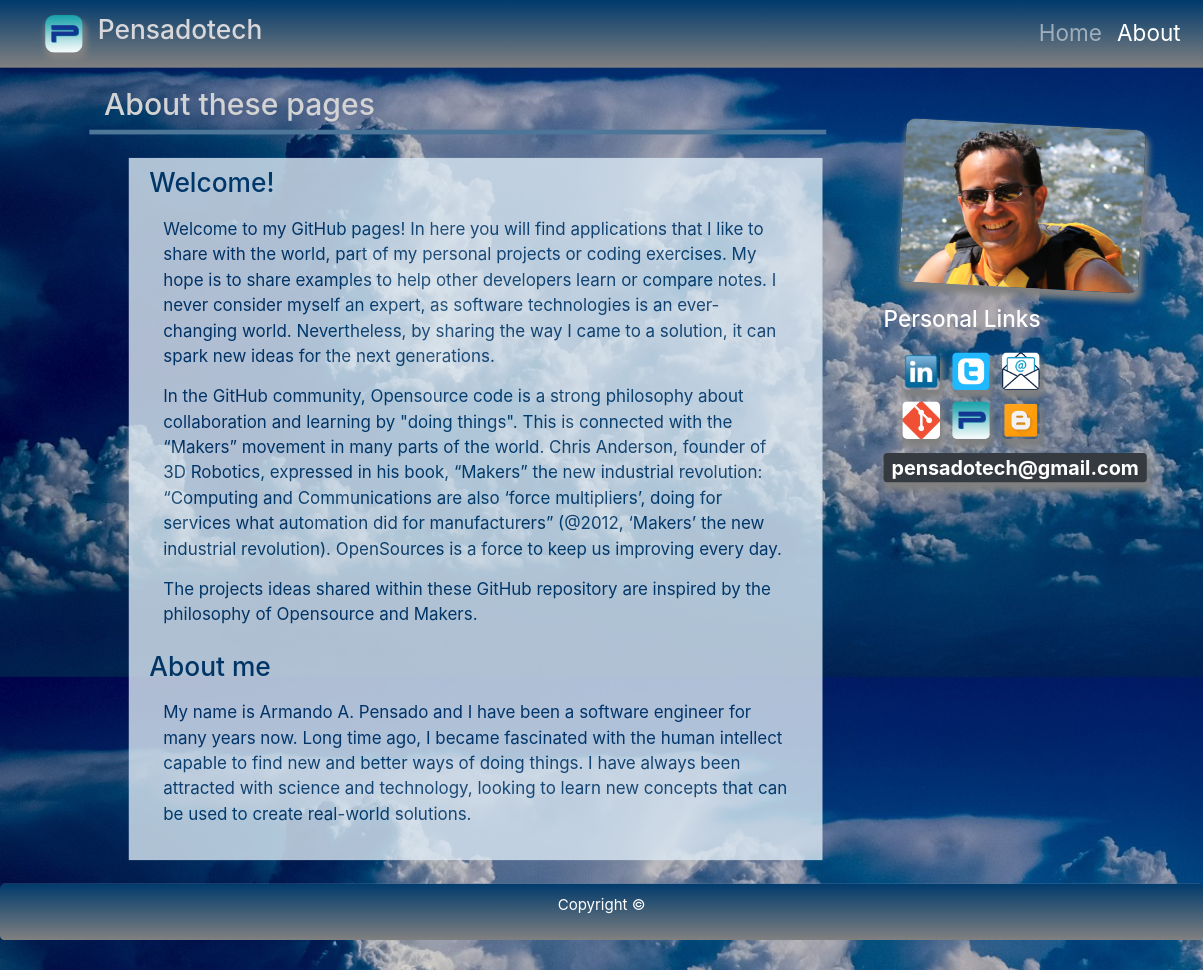
Repository: pensadotech/pensadotech.github.io
Page: about.html
These files come from the project's save history. The page is drawn as it stood at one moment and after the next save; the edit follows.
The browser window is 1280 px wide. The pictures show the whole page, at 94% of full size.
Backgrounds fixed to the window are drawn as part of the page.

Above is the page before, as saved 2022-10-08 09:58:43.

### about.html
<!DOCTYPE html>
<html lang="en">

<head>
  <meta charset="UTF-8">
  <meta name="viewport" content="width=<device-width>, initial-scale=1.0">
  <meta http-equiv="X-UA-Compatible" content="ie=edge">
  <title>About</title>
  <link rel="icon" href="./assets/images/pensadotech.ico">

  <!-- Styles  -->
  <link rel="stylesheet" href="./assets/styles/reset.css">
  <link href='https://stackpath.bootstrapcdn.com/bootstrap/4.1.1/css/bootstrap.min.css' rel='stylesheet'
    integrity='sha384-WskhaSGFgHYWDcbwN70/dfYBj47jz9qbsMId/iRN3ewGhXQFZCSftd1LZCfmhktB' crossorigin='anonymous'>
  <link rel="stylesheet" href="./assets/styles/ptech.css" class="css">
</head>

<body>

  <header class="header">
    <!-- Navigation var on top -->
    <nav class="navbar navbar-expand-sm navbar-dark gradBlue">
      <!-- Brand -->
      <a class="navbar-brand">
        <a class="nav-link d-inline" href="./index.html">
          <img src="./assets/images/P2.gif" alt="Logo" class="brandLogo imgRnd10 imageShadow">
        </a>
        <h3 class="d-inline align-baseline brandName">
          Pensadotech
        </h3>
      </a>
      <!-- Button for small devices -->
      <button class="navbar-toggler" type="button" data-toggle="collapse" data-target="#collapsibleNavbar">
        <span class="navbar-toggler-icon"></span>
      </button>
      <!-- Menu-Link options -->
      <div class="collapse navbar-collapse" id="collapsibleNavbar">
        <!-- Menu left aligned (ml-auto) ref: https://stackoverflow.com/questions/41513463/bootstrap-4-align-navbar-items-to-the-right -->
        <ul class="navbar-nav ml-auto">
          <li class="nav-item ml-auto ">
            <a class="nav-link" href="./index.html">Home</a>
          </li>
          <li class="nav-item ml-auto active">
            <a class="nav-link" href="./about.html">About</a>
          </li>
        </ul>
      </div>
    </nav>
  </header>
  <!-- header end -->

  <section class="section">
    <div class="container">

      <!-- Main row -->
      <div class="row">

        <!-- column 1 -->
        <div class="col-sm-9">

          <div class="row">
            <div class="col-sm-12 topSubtitle">
              <h2>About these pages</h2>
            </div>
          </div>
          <div class="row">
            <div class="col-sm-12">
              <div class="divider"> </div>
            </div>
          </div>

          <div class="d-flex p-2">
            <div class="row d-flex justify-content-center">
              <div class="contentEnvelop">

                <h3 class="sectionHeader">Welcome! </h3>
                <p class="sectionContent">
                  Welcome to my GitHub pages! In here you will find applications that I like to share with the world,
                  part of my personal projects or coding exercises.
                  My hope is to share examples to help other developers learn or
                  compare notes. I never consider myself an expert, as software technologies is an ever-changing world.
                  Nevertheless, by sharing the way I came to a solution, it can spark new ideas for the next
                  generations.
                </p>
                <p class="sectionContent">
                  In the GitHub community, Opensource code is a strong philosophy about collaboration and learning by
                  "doing things". This is connected with the “Makers” movement in many parts of the world. Chris
                  Anderson, founder of 3D Robotics, expressed in his book, “Makers” the new industrial revolution:
                  “Computing and Communications are also ‘force multipliers’, doing for services what automation did
                  for manufacturers” (@2012, ‘Makers’ the new industrial revolution). OpenSources is a force to keep
                  us improving every day.
                </p>
                <p class="sectionContent">
                  The projects ideas shared within these GitHub repository are inspired by the philosophy of
                  Opensource and Makers.
                </p>

                <h3 class="sectionHeader">About me </h3>
                <p class="sectionContent">
                  My name is Armando A. Pensado and I have been a software engineer for many years now. Long time ago, I
                  became fascinated with the human intellect capable to find new and better ways of doing things. I have
                  always been attracted with science and technology, looking to learn new concepts that can be used to
                  create real-world solutions.
                </p>

              </div>
            </div>
          </div>
        </div>
        <!-- column 1 end -->

        <!-- column 2 -->
        <div class="col-sm-3">
          <!-- <h6>About</h6> -->
          <div class="personalImageHolder">
            <img class="img-fluid personalImage imgRnd10 imageShadow imageRotate" src="./assets/images/pensado2016.jpg"
              alt="Armando A. Pensado">
          </div>


          <h4 class="personalHeader">Personal Links</h4>

          <div class="perLinkGroup">
            <!-- First group -->
            <div class="d-flex flex-nowrap perLinkFstRow">
              <div class="p-2 perLinkImgHolder">
                <a class="nav-link active" href="https://www.linkedin.com/in/armandopensado/" target="_blank"
                  title="go to linkedIn">
                  <img class="perLinkImg imgRnd5 imageShadow" src="./assets/images/linkedin.png" alt="linkeIn">
                </a>
              </div>
              <div class="p-2 perLinkImgHolder">
                <a class="nav-link active" href="https://twitter.com/pensadotech" target="_blank" title="go to Twitter">
                  <img class="perLinkImg imgRnd5 imageShadow" src="./assets/images/Twitter.png" alt="Twitter">
                </a>
              </div>
              <div class="p-2 perLinkImgHolder">
                <a class="nav-link active" href="mailto:pensadotech@gmail.com?Subject=Hello%20I%20have%20a%20request" target="_top"
                  title="send email">
                  <img class="perLinkImg imgRnd5 imageShadow" src="./assets/images/email.png" alt="Twitter">
                </a>
              </div>
            </div>
            <!-- Second group -->
            <div class="d-flex flex-nowrap">
              <div class="p-2 perLinkImgHolder">
                <a class="nav-link active" href="https://github.com/pensadotech" target="_blank" title="go to GitHub">
                  <img class="perLinkImg imgRnd5 imageShadow" src="./assets/images/git.png" alt="gitHub">
                </a>
              </div>
              <div class="p-2 perLinkImgHolder">
                <a class="nav-link active" href="http://www.pensadotech.com/" target="_blank" title="go to website">
                  <img class="perLinkImg imgRnd5 imageShadow" src="./assets/images/P2.gif" alt="pensadoTech">
                </a>
              </div>
              <div class="p-2 perLinkImgHolder">
                <a class="nav-link active" href="http://pensadotech.blogspot.com/" target="_blank" title="go to blog">
                  <img class="perLinkImg imgRnd5 imageShadow" src="./assets/images/blog.png" alt="blogg">
                </a>
              </div>
            </div>
          </div>
          <!-- perLinkGroup -->

          <h3 class="contactLinks">
            <span class="badge badge-dark imageShadow">pensadotech@gmail.com</span>
          </h3>

        </div>
        <!-- column 2 end -->

      </div>
      <!-- main row end -->

    </div>
    <!-- container end -->
  </section>
  <!-- section end -->

  <footer class="footer jumbotron text-center gradBlue">
    <p>Copyright &copy;</p>
  </footer>


  <!-- Scripts ............................. -->
  <script src="https://code.jquery.com/jquery-3.3.1.slim.min.js"
    integrity="sha384-q8i/X+965DzO0rT7abK41JStQIAqVgRVzpbzo5smXKp4YfRvH+8abtTE1Pi6jizo" crossorigin="anonymous">
  </script>
  <script src="https://cdnjs.cloudflare.com/ajax/libs/popper.js/1.14.3/umd/popper.min.js"
    integrity="sha384-ZMP7rVo3mIykV+2+9J3UJ46jBk0WLaUAdn689aCwoqbBJiSnjAK/l8WvCWPIPm49" crossorigin="anonymous">
  </script>
  <script src="https://stackpath.bootstrapcdn.com/bootstrap/4.1.3/js/bootstrap.min.js"
    integrity="sha384-ChfqqxuZUCnJSK3+MXmPNIyE6ZbWh2IMqE241rYiqJxyMiZ6OW/JmZQ5stwEULTy" crossorigin="anonymous">
  </script>

</body>

</html>

### assets/styles/ptech.css
body {
    /* Remove margins and padding around content */
    margin: 0;
    padding: 0;
    /* Fix background during scrolling */
    background-attachment: fixed;
    /* Use scalable background image (cross borwser) */
    background-image: url("../images/Background.jpg");
    background-position: center center;
    background-attachment: fixed;
    -webkit-background-size: cover;
    -moz-background-size: cover;
    -o-background-size: cover;
    background-size: cover;
    color: #003A6C;
}

.gradBlue {
    /* Gradient for NavBar */
    background-image: -webkit-linear-gradient(top, #003A6C, gray);
    background-image: -moz-linear-gradient(top, #003A6C, gray);
    background-image: -ms-linear-gradient(top, #003A6C, gray);
    background-image: -o-linear-gradient(top, #003A6C, gray);
    background-image: linear-gradient(top, #003A6C, gray);
}

.imgRnd10 {
    /* Rounded image corners */
    -webkit-border-radius: 10px;
    -moz-border-radius: 10px;
    border-radius: 10px;
}

.imgRnd5 {
    /* Rounded image corners */
    -webkit-border-radius: 5px;
    -moz-border-radius: 5px;
    border-radius: 5px;
}

.imageShadow {
    /* Add drop shadow */
    -webkit-box-shadow: 2px 7px 7px 2px gray;
    -moz-box-shadow: 2px 7px 7px 2px gray;
    box-shadow: 2px 7px 7px 2px gray;
}

.imageRotate {
    /* Rotate Image */
    -webkit-transform: rotate(3deg);
    -moz-transform: rotate(3deg);
    -o-transform: rotate(3deg);
    -ms-transform: rotate(3deg);
    transform: rotate(3deg);
}

/* Header ............................................... */
.brandName {
    color: rgb(216, 215, 219);
}

.header a {
    font-size: 24px;
}

a:hover {
    font-size: 25px;
}

.brandLogo {
    width: 40px;
}

/*  Footer ..................................... */
.footer {
    color: white;
    /* Controling the size of a jumbotron */
    padding-top: 10px;
    padding-bottom: 10px;
}

.redBorder {
    border: 2px solid red;
}

.grayBorder {
    border: 2px solid gray;
}

.divider {
    background-color: rgb(77, 118, 153);
    height: 5px;
    width: 95%;
    margin-left: 10px;
}

.topSubtitle {
    padding-top: 20px;
    margin-left: 3%;
    color: lightgray;
}

.contentEnvelop {
    background-color: #DBE9F4;
    opacity: 0.8;
    margin: 2% 5% 2% 7%;
    padding-bottom: 20px;
}

.sectionHeader {
    padding-top: 10px;
    padding-bottom: 10px;
    margin-left: 3%;
}

.sectionContent {
    font-size: 18px;
    margin-left: 5%;
    margin-right: 5%;
}




/* Personal image ...............................*/
.personalImageHolder {
    margin: 40px 0px 20px 0px;
}

.personalImage {
    width: 270px;
    margin-top: 20px;
    margin-left: 20px;
}

.personalHeader {
    color: white;
}

/* Personla links ............................*/
.perLinkGroup {
    margin: 20px 10px 20px 20px;
}

.perLinkFstRow {
    margin: 5px 0px 20px 0px;
}

.perLinkImgHolder {
    position: relative;
    margin-right: 5px;
}

.perLinkImg {
    width: 40px;
    padding-left: 0px;
    position: absolute;
    top: 0;
    left: 0;
}

.perLinkImg:hover {
    width: 45px;
}

.contactLinks {
    font-size: 28px;
}

/* media queries .............................. */
/* Intermediate tables */
@media screen and (max-width: 1200px) and (min-width: 986px) {
    .contactLinks {
        font-size: 24px;
    }
}

/* Small tables */
@media screen and (max-width: 985px) and (min-width: 576px) {
    .contactLinks {
        font-size: 18px;
    }
}

/* Mobile */
@media screen and (max-width: 576px) {
    .contactLinks {
        font-size: 28px;
    }
}

/* Article Cards ................................... */
.card {
    margin: 20px;
    width: 160px;
    height: 150px;
    background-color: lightgray;
    display: flex;
    justify-content: center;
    align-items: center;
}

.card-title {
    margin-top: 3px;
}

.card:hover {
    width: 170px;
    border: 3px solid blue;
}

/* Articles .......................................*/
.articleTitle {
    color: rgb(3, 3, 121);
    font-weight: bolder;
}

.articleSubtitle {
    color: gray;
}

.elementCenter {
    display: flex;
    justify-content: center;
    align-items: center;
}

.articleLinkImg:hover {
    font-size: 35px;
}

.articleLinkImg {
    width: 30px;
    padding-left: 0px;
}

/*  Image sizes ...................................... */
.articleImage40 {
    width: 40%;
}

.articleImage50 {
    width: 50%;
}

.articleImage60 {
    width: 60%;
}

.articleImage70 {
    width: 70%;
}

.articleImage80 {
    width: 80%;
}

.articleImage90 {
    width: 90%;
}

.articleImage100 {
    width: 100%;
}

Loaded but not shown: assets/styles/reset.css (common file)

After the next save:
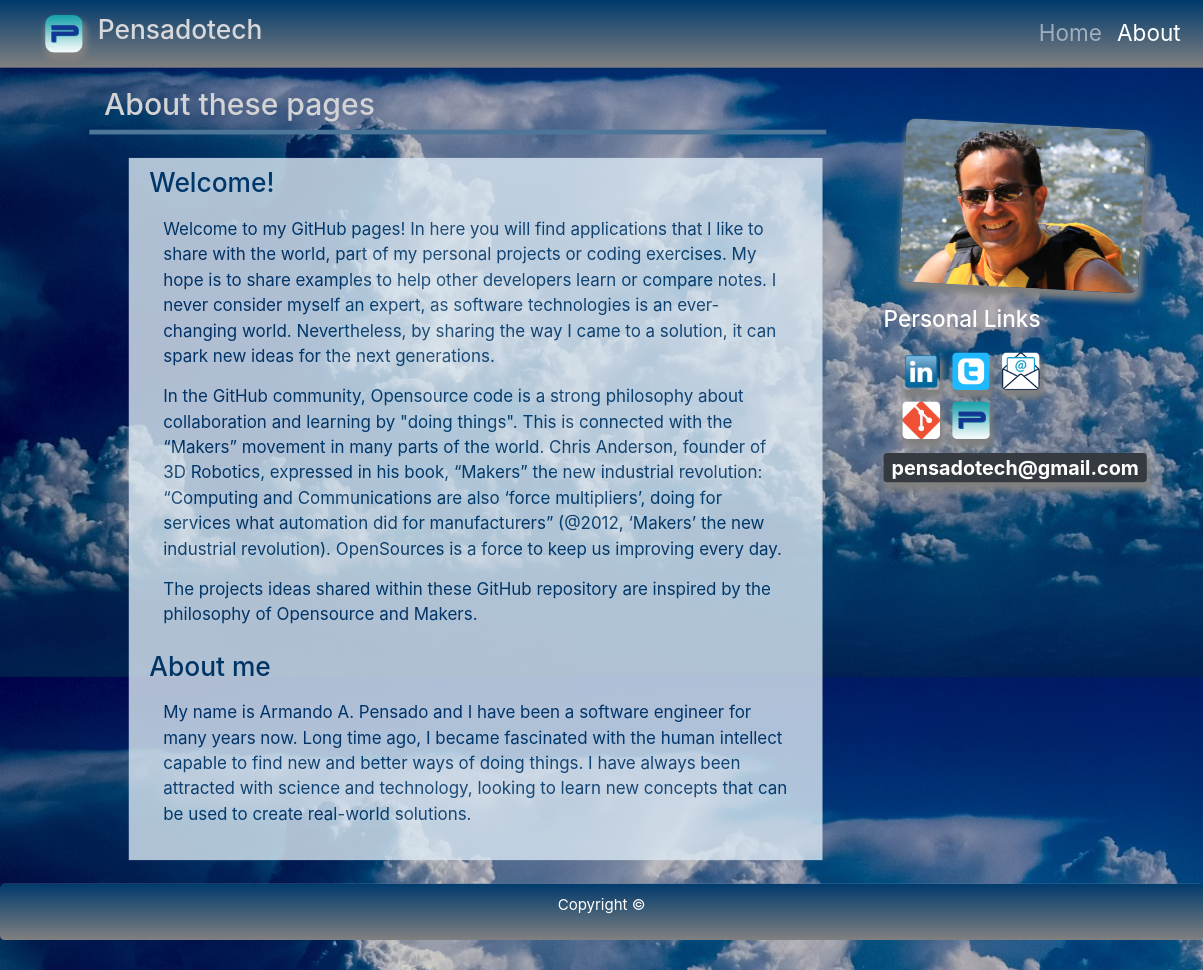
Saved 19 s later.
--- a/about.html
+++ b/about.html
@@ -154,9 +154,9 @@
                 </a>
               </div>
               <div class="p-2 perLinkImgHolder">
-                <a class="nav-link active" href="http://pensadotech.blogspot.com/" target="_blank" title="go to blog">
+                <!-- <a class="nav-link active" href="http://pensadotech.blogspot.com/" target="_blank" title="go to blog">
                   <img class="perLinkImg imgRnd5 imageShadow" src="./assets/images/blog.png" alt="blogg">
-                </a>
+                </a> -->
               </div>
             </div>
           </div>
